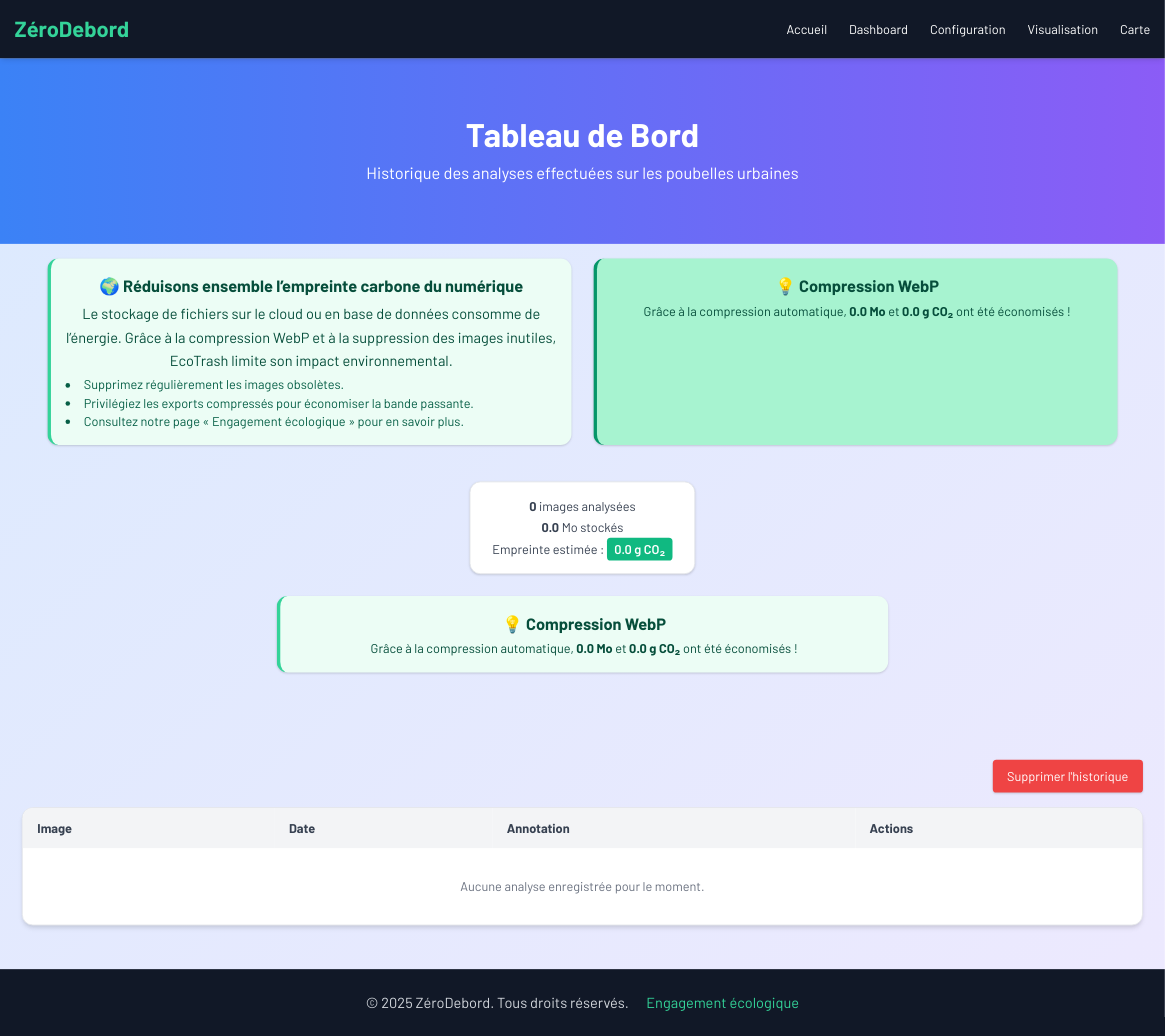
Repository: BaptGBM/MASTERCAMP
Page: http://localhost/dashboard
These files come from the project's save history. The page is drawn as it stood at one moment and after the next save; the edit follows.
The browser window is 1280 px wide. The pictures show the whole page, at 91% of full size.
The page is served by the project's application, run on Flask 3 (app.py). Other server files are loaded and not shown. Queries for data that is not in the repository find no rows.

Above is the page before, as saved 2025-07-08 23:37:05.

### templates/dashboard.html
<!DOCTYPE html>
<html lang="fr">
<head>
  <meta charset="UTF-8" />
  <meta name="viewport" content="width=device-width, initial-scale=1.0" />
  <title>ZéroDebord - Dashboard</title>
  <link href="https://fonts.googleapis.com/css2?family=Barlow:wght@300;400;500;600;700&display=swap" rel="stylesheet">
  <link href="https://cdn.jsdelivr.net/npm/tailwindcss@2.2.19/dist/tailwind.min.css" rel="stylesheet">
  <link rel="stylesheet" href="{{ url_for('static', filename='style.css') }}">
  <style>
    body {
      font-family: 'Barlow', -apple-system, BlinkMacSystemFont, 'Segoe UI', Roboto, sans-serif;
    }
  </style>
</head>
<body class="bg-gradient-to-br from-blue-100 to-purple-100 min-h-screen flex flex-col">

  <!-- HEADER -->
  <header class="bg-gray-900 text-white py-4 shadow-md sticky top-0 z-50">
    <div class="container mx-auto px-4 flex justify-between items-center">
      <a href="{{ url_for('index') }}" class="text-2xl font-bold text-green-400 hover:text-green-300 transition-colors duration-200 no-underline">ZéroDebord</a>
      <nav>
        <ul class="flex gap-6 text-sm">
          <li><a href="{{ url_for('index') }}"  class="hover:underline">Accueil</a></li>
          <a href="{{ url_for('dashboard') }}" class="hover:underline">Dashboard</a>
          <li><a href="{{ url_for('config') }}" class="hover:underline">Configuration</a></li>
          <li><a href="{{ url_for('visualisation') }}" class="hover:underline">Visualisation</a></li>
          <li><a href="{{ url_for('map_view') }}" class="hover:underline">Carte</a></li>


        </ul>
      </nav>
    </div>
  </header>

  <!-- TITRE -->
  <section class="py-16 text-center bg-gradient-to-r from-blue-500 to-purple-500 text-white">
    <h2 class="text-4xl font-bold mb-2">Tableau de Bord</h2>
    <p class="text-lg">Historique des analyses effectuées sur les poubelles urbaines</p>
  </section>

  <section class="py-4 text-center">
    <div class="flex flex-col md:flex-row justify-center gap-6">
      <div class="flex-1 max-w-xl bg-green-50 border-l-4 border-green-400 text-green-900 p-4 rounded-xl shadow mb-6 md:mb-0">
        <h3 class="font-bold text-lg mb-1">🌍 Réduisons ensemble l’empreinte carbone du numérique</h3>
        <p class="mb-1">Le stockage de fichiers sur le cloud ou en base de données consomme de l’énergie. Grâce à la compression WebP et à la suppression des images inutiles, EcoTrash limite son impact environnemental.</p>
        <ul class="list-disc list-inside text-left text-green-800 text-sm">
          <li>Supprimez régulièrement les images obsolètes.</li>
          <li>Privilégiez les exports compressés pour économiser la bande passante.</li>
          <li>Consultez notre page « Engagement écologique » pour en savoir plus.</li>
        </ul>
      </div>
      <div class="flex-1 max-w-xl bg-green-200 border-l-4 border-green-600 text-green-900 p-4 rounded-xl shadow mb-6 md:mb-0">
        <h3 class="font-bold text-lg mb-1">💡 Compression WebP</h3>
        <p class="text-sm">Grâce à la compression automatique, <span class="font-bold">{{ gain_mb }} Mo</span> et <span class="font-bold">{{ gain_co2 }} g CO₂</span> ont été économisés&nbsp;!</p>
      </div>
    </div>
  </section>

<!-- INDICATEUR GREEN IT -->
<section class="text-center my-6">
  <div class="inline-block bg-white rounded-xl shadow px-6 py-4 text-sm text-gray-700 space-y-1 border">
    <p><strong>{{ nb_images }}</strong> images analysées</p>
    <p><strong>{{ volume_mb }}</strong> Mo stockés</p>
    <p>
      Empreinte estimée :
      <span class="font-semibold px-2 py-1 rounded text-white
        {% if co2 < 20 %} bg-green-500
        {% elif co2 < 50 %} bg-yellow-500
        {% else %} bg-red-500
        {% endif %}">
        {{ co2 }} g CO₂
      </span>
    </p>
  </div>
  <div class="max-w-2xl mx-auto bg-green-50 border-l-4 border-green-400 text-green-900 p-4 rounded-xl shadow mb-6 mt-6">
    <h3 class="font-bold text-lg mb-1">💡 Compression WebP</h3>
    <p class="text-sm">Grâce à la compression automatique, <span class="font-bold">{{ gain_mb }} Mo</span> et <span class="font-bold">{{ gain_co2 }} g CO₂</span> ont été économisés&nbsp;!</p>
  </div>
</section>



  <!-- TABLEAU -->
  <main class="container mx-auto px-6 py-12 flex-grow">
    <div class="flex justify-end mb-4">
      <form method="POST" action="{{ url_for('clear_history') }}">
        <button type="submit" class="bg-red-500 hover:bg-red-600 text-white px-4 py-2 text-sm rounded shadow">
           Supprimer l'historique
        </button>
      </form>
    </div>
    <div class="overflow-x-auto bg-white rounded-xl shadow-md border">
      <table class="min-w-full table-auto text-sm text-left">
        <thead class="bg-gray-100 text-gray-700 font-semibold">
          <tr>
            <th class="px-4 py-3">Image</th>
            <th class="px-4 py-3">Date</th>
            <th class="px-4 py-3">Annotation</th>
            <th class="px-4 py-3">Actions</th>
          </tr>
        </thead>
        <tbody class="text-gray-600">
          {% if images.items %}
            {% for image in images.items %}
              <tr class="border-t hover:bg-gray-50">
                <td class="px-4 py-2">
                  <img src="{{ url_for('static', filename='uploads/' + image.filename) }}" alt="img" class="w-16 h-16 object-contain rounded shadow" loading="lazy">
                </td>
                <td class="px-4 py-2">{{ image.date_uploaded.strftime('%d/%m/%Y %H:%M') }}</td>
                <td class="px-4 py-2">
                  <span class="px-2 py-1 rounded text-white {% if image.annotation == 'pleine' %} bg-red-500 {% else %} bg-green-500 {% endif %}">
                    {{ image.annotation | capitalize }}
                  </span>
                </td>
                <td class="px-4 py-2 space-x-2">
                  <a href="{{ url_for('annotate', image_id=image.id, label='pleine') }}" class="text-sm bg-red-100 text-red-600 px-2 py-1 rounded">Pleine</a>
                  <a href="{{ url_for('annotate', image_id=image.id, label='vide') }}" class="text-sm bg-green-100 text-green-600 px-2 py-1 rounded">Vide</a>
                </td>
              </tr>
            {% endfor %}
          {% else %}
            <tr>
              <td colspan="4" class="text-center text-gray-500 px-4 py-8">
                Aucune analyse enregistrée pour le moment.
              </td>
            </tr>
          {% endif %}
        </tbody>
      </table>
    </div>
    {% if images.pages > 1 %}
    <div class="flex justify-center mt-6 gap-1 flex-wrap">
      {% set page_range = [] %}
      {% if images.pages <= 7 %}
        {% set page_range = range(1, images.pages+1) %}
      {% else %}
        {% set page_range = [1, 2] %}
        {% if images.page > 4 %}
          {% set _ = page_range.append('...') %}
        {% endif %}
        {% for p in range(images.page-1, images.page+2) %}
          {% if 2 < p < images.pages-1 %}
            {% set _ = page_range.append(p) %}
          {% endif %}
        {% endfor %}
        {% if images.page < images.pages-3 %}
          {% set _ = page_range.append('...') %}
        {% endif %}
        {% set _ = page_range.extend([images.pages-1, images.pages]) %}
      {% endif %}
      {% if images.has_prev %}
        <a href="{{ url_for('dashboard', page=images.prev_num) }}" class="px-3 py-1 rounded-full bg-gray-200 hover:bg-blue-200 focus:ring-2 focus:ring-blue-400 transition">&laquo;</a>
      {% endif %}
      {% for p in page_range %}
        {% if p == '...' %}
          <span class="px-3 py-1 text-gray-400">...</span>
        {% else %}
          <a href="{{ url_for('dashboard', page=p) }}" class="px-3 py-1 rounded-full mx-0.5 {{ 'bg-blue-600 text-white font-bold shadow' if p==images.page else 'bg-gray-100 hover:bg-blue-100 text-gray-700' }} focus:ring-2 focus:ring-blue-400 transition">{{ p }}</a>
        {% endif %}
      {% endfor %}
      {% if images.has_next %}
        <a href="{{ url_for('dashboard', page=images.next_num) }}" class="px-3 py-1 rounded-full bg-gray-200 hover:bg-blue-200 focus:ring-2 focus:ring-blue-400 transition">&raquo;</a>
      {% endif %}
    </div>
    {% endif %}
  </main>

  <!-- FOOTER -->
  <footer class="bg-gray-900 text-gray-300 py-6 text-center">
    <p>&copy; 2025 ZéroDebord. Tous droits réservés.
      <a href="{{ url_for('engagement') }}" class="text-green-400 hover:underline ml-4">Engagement écologique</a>
    </p>
  </footer>
</body>
</html>

### static/style.css
/* Police Apple - SF Pro Display pour un design Apple */

/* Variables CSS pour la palette écologique moderne */
:root {
  /* Couleurs principales - palette écologique */
  --primary-green: #059669;      /* Vert émeraude principal */
  --primary-green-light: #10b981; /* Vert émeraude clair */
  --primary-green-dark: #047857;  /* Vert émeraude foncé */

  /* Couleurs secondaires - tons naturels */
  --secondary-blue: #0ea5e9;     /* Bleu ciel */
  --secondary-blue-light: #38bdf8; /* Bleu ciel clair */
  --secondary-blue-dark: #0284c7;  /* Bleu ciel foncé */

  /* Couleurs d'accent - terre et nature */
  --accent-orange: #f59e0b;      /* Orange terre */
  --accent-brown: #92400e;       /* Brun terre */
  --accent-sage: #6b7280;        /* Gris sauge */

  /* Couleurs de statut */
  --success-green: #22c55e;      /* Vert succès */
  --warning-amber: #f59e0b;      /* Ambre avertissement */
  --error-red: #ef4444;          /* Rouge erreur */

  /* Couleurs neutres modernes */
  --neutral-50: #fafaf9;
  --neutral-100: #f5f5f4;
  --neutral-200: #e7e5e4;
  --neutral-300: #d6d3d1;
  --neutral-400: #a8a29e;
  --neutral-500: #78716c;
  --neutral-600: #57534e;
  --neutral-700: #44403c;
  --neutral-800: #292524;
  --neutral-900: #1c1917;

  /* Gradients écologiques */
  --gradient-primary: linear-gradient(135deg, var(--primary-green) 0%, var(--secondary-blue) 100%);
  --gradient-secondary: linear-gradient(135deg, var(--neutral-50) 0%, var(--neutral-100) 100%);
  --gradient-hero: linear-gradient(135deg, var(--primary-green) 0%, var(--secondary-blue) 50%, var(--accent-orange) 100%);

  /* Ombres modernes */
  --shadow-sm: 0 1px 2px 0 rgba(0, 0, 0, 0.05);
  --shadow-md: 0 4px 6px -1px rgba(0, 0, 0, 0.1), 0 2px 4px -1px rgba(0, 0, 0, 0.06);
  --shadow-lg: 0 10px 15px -3px rgba(0, 0, 0, 0.1), 0 4px 6px -2px rgba(0, 0, 0, 0.05);
  --shadow-xl: 0 20px 25px -5px rgba(0, 0, 0, 0.1), 0 10px 10px -5px rgba(0, 0, 0, 0.04);

  /* Rayons de bordure */
  --radius-sm: 0.375rem;
  --radius-md: 0.5rem;
  --radius-lg: 0.75rem;
  --radius-xl: 1rem;
  --radius-2xl: 1.5rem;
}

/* Application de la police Barlow */
@import url('https://fonts.googleapis.com/css2?family=Barlow:wght@300;400;500;600;700&display=swap');

* {
  font-family: 'Barlow', -apple-system, BlinkMacSystemFont, 'Segoe UI', Roboto, sans-serif !important;
  font-feature-settings: 'kern' 1, 'liga' 1;
  text-rendering: optimizeLegibility;
  -webkit-font-smoothing: antialiased;
  -moz-osx-font-smoothing: grayscale;
}

/* Force Barlow sur tous les éléments */
body, html, h1, h2, h3, h4, h5, h6, p, span, div, a, button, input, select, textarea, label, th, td, li, ul, ol {
  font-family: 'Barlow', -apple-system, BlinkMacSystemFont, 'Segoe UI', Roboto, sans-serif !important;
}

/* Surcharge spécifique pour Tailwind CSS */
.text-xs, .text-sm, .text-base, .text-lg, .text-xl, .text-2xl, .text-3xl, .text-4xl, .text-5xl, .text-6xl {
  font-family: 'Barlow', -apple-system, BlinkMacSystemFont, 'Segoe UI', Roboto, sans-serif !important;
}

.font-thin, .font-extralight, .font-light, .font-normal, .font-medium, .font-semibold, .font-bold, .font-extrabold, .font-black {
  font-family: 'Barlow', -apple-system, BlinkMacSystemFont, 'Segoe UI', Roboto, sans-serif !important;
}

/* Styles de base modernisés */
body {
  background: var(--gradient-secondary);
  color: var(--neutral-700);
  line-height: 1.6;
  font-weight: 400;
}

/* Header moderne */
.modern-header {
  background: var(--neutral-900);
  backdrop-filter: blur(10px);
  border-bottom: 1px solid var(--neutral-800);
}

.modern-header h1 {
  color: var(--primary-green-light);
  font-weight: 700;
  letter-spacing: -0.025em;
}

.modern-header nav a {
  color: var(--neutral-300);
  font-weight: 500;
  transition: all 0.2s ease;
}

.modern-header nav a:hover {
  color: var(--primary-green-light);
  text-decoration: none;
}

/* Section hero moderne */
.modern-hero {
  background: var(--gradient-hero);
  position: relative;
  overflow: hidden;
}

.modern-hero::before {
  content: '';
  position: absolute;
  top: 0;
  left: 0;
  right: 0;
  bottom: 0;
  background: url('data:[embedded picture, 296 characters]');
  opacity: 0.3;
}

.modern-hero h2 {
  font-weight: 800;
  letter-spacing: -0.025em;
  text-shadow: 0 2px 4px rgba(0, 0, 0, 0.1);
}

.modern-hero p {
  font-weight: 500;
  opacity: 0.9;
}

/* Cartes modernes */
.modern-card {
  background: white;
  border-radius: var(--radius-xl);
  box-shadow: var(--shadow-lg);
  border: 1px solid var(--neutral-200);
  transition: all 0.3s ease;
}

.modern-card:hover {
  box-shadow: var(--shadow-xl);
  transform: translateY(-2px);
}

/* Boutons modernes */
.modern-btn {
  font-weight: 600;
  border-radius: var(--radius-lg);
  transition: all 0.2s ease;
  border: none;
  cursor: pointer;
  display: inline-flex;
  align-items: center;
  gap: 0.5rem;
}

.modern-btn-primary {
  background: var(--primary-green);
  color: white;
  box-shadow: var(--shadow-md);
}

.modern-btn-primary:hover {
  background: var(--primary-green-dark);
  box-shadow: var(--shadow-lg);
  transform: translateY(-1px);
}

.modern-btn-secondary {
  background: var(--secondary-blue);
  color: white;
  box-shadow: var(--shadow-md);
}

.modern-btn-secondary:hover {
  background: var(--secondary-blue-dark);
  box-shadow: var(--shadow-lg);
  transform: translateY(-1px);
}

.modern-btn-success {
  background: var(--success-green);
  color: white;
}

.modern-btn-success:hover {
  background: #16a34a;
}

.modern-btn-warning {
  background: var(--warning-amber);
  color: white;
}

.modern-btn-warning:hover {
  background: #d97706;
}

.modern-btn-error {
  background: var(--error-red);
  color: white;
}

.modern-btn-error:hover {
  background: #dc2626;
}

/* Badges de statut modernes */
.modern-badge {
  font-weight: 600;
  font-size: 0.875rem;
  padding: 0.375rem 0.75rem;
  border-radius: var(--radius-md);
  display: inline-flex;
  align-items: center;
  gap: 0.25rem;
}

.modern-badge-full {
  background: #fef2f2;
  color: var(--error-red);
  border: 1px solid #fecaca;
}

.modern-badge-empty {
  background: #f0fdf4;
  color: var(--success-green);
  border: 1px solid #bbf7d0;
}

/* Formulaires modernes */
.modern-input {
  border: 2px solid var(--neutral-200);
  border-radius: var(--radius-lg);
  padding: 0.75rem 1rem;
  font-weight: 500;
  transition: all 0.2s ease;
  background: white;
}

.modern-input:focus {
  outline: none;
  border-color: var(--primary-green);
  box-shadow: 0 0 0 3px rgba(5, 150, 105, 0.1);
}

.modern-select {
  border: 2px solid var(--neutral-200);
  border-radius: var(--radius-lg);
  padding: 0.75rem 1rem;
  font-weight: 500;
  background: white;
  cursor: pointer;
}

.modern-select:focus {
  outline: none;
  border-color: var(--primary-green);
  box-shadow: 0 0 0 3px rgba(5, 150, 105, 0.1);
}

/* Tableaux modernes */
.modern-table {
  background: white;
  border-radius: var(--radius-xl);
  overflow: hidden;
  box-shadow: var(--shadow-lg);
  border: 1px solid var(--neutral-200);
}

.modern-table thead {
  background: var(--neutral-50);
}

.modern-table th {
  font-weight: 600;
  color: var(--neutral-700);
  padding: 1rem;
  text-align: left;
}

.modern-table td {
  padding: 1rem;
  border-top: 1px solid var(--neutral-200);
}

.modern-table tbody tr:hover {
  background: var(--neutral-50);
}

/* Footer moderne */
.modern-footer {
  background: var(--neutral-900);
  color: var(--neutral-400);
  font-weight: 500;
}

/* Animations et transitions */
.fade-in {
  animation: fadeIn 0.6s ease-out;
}

@keyframes fadeIn {
  from {
    opacity: 0;
    transform: translateY(20px);
  }
  to {
    opacity: 1;
    transform: translateY(0);
  }
}

.slide-up {
  animation: slideUp 0.6s ease-out;
}

@keyframes slideUp {
  from {
    opacity: 0;
    transform: translateY(30px);
  }
  to {
    opacity: 1;
    transform: translateY(0);
  }
}

/* Indicateurs écologiques */
.eco-indicator {
  background: var(--gradient-primary);
  color: white;
  border-radius: var(--radius-xl);
  padding: 1.5rem;
  text-align: center;
  box-shadow: var(--shadow-lg);
}

.eco-indicator h3 {
  font-weight: 700;
  margin-bottom: 0.5rem;
}

.eco-indicator p {
  font-weight: 500;
  opacity: 0.9;
}

/* Responsive design amélioré */
@media (max-width: 768px) {
  .modern-hero h2 {
    font-size: 2rem;
  }

  .modern-card {
    margin: 1rem;
  }

  .modern-header nav {
    flex-direction: column;
    gap: 0.5rem;
  }
}

/* Accessibilité améliorée */
@media (prefers-reduced-motion: reduce) {
  * {
    animation-duration: 0.01ms !important;
    animation-iteration-count: 1 !important;
    transition-duration: 0.01ms !important;
  }
}

/* Mode sombre (optionnel) */
@media (prefers-color-scheme: dark) {
  :root {
    --neutral-50: #1c1917;
    --neutral-100: #292524;
    --neutral-200: #44403c;
  }
}

Loaded but not shown: app.py (586 lines, source omitted)

After the next save:
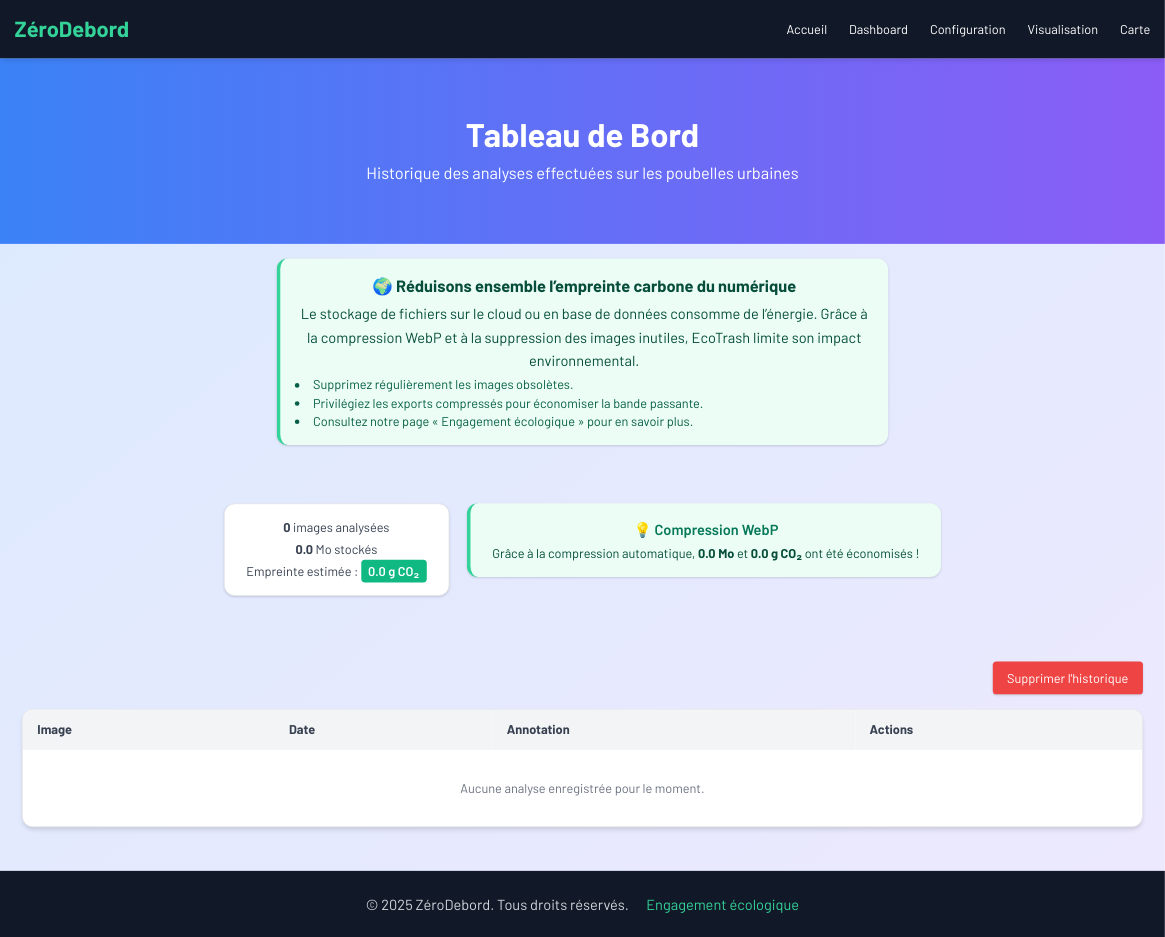
Saved 33 s later.
--- a/templates/dashboard.html
+++ b/templates/dashboard.html
@@ -40,20 +40,14 @@
   </section>
 
   <section class="py-4 text-center">
-    <div class="flex flex-col md:flex-row justify-center gap-6">
-      <div class="flex-1 max-w-xl bg-green-50 border-l-4 border-green-400 text-green-900 p-4 rounded-xl shadow mb-6 md:mb-0">
-        <h3 class="font-bold text-lg mb-1">🌍 Réduisons ensemble l’empreinte carbone du numérique</h3>
-        <p class="mb-1">Le stockage de fichiers sur le cloud ou en base de données consomme de l’énergie. Grâce à la compression WebP et à la suppression des images inutiles, EcoTrash limite son impact environnemental.</p>
-        <ul class="list-disc list-inside text-left text-green-800 text-sm">
-          <li>Supprimez régulièrement les images obsolètes.</li>
-          <li>Privilégiez les exports compressés pour économiser la bande passante.</li>
-          <li>Consultez notre page « Engagement écologique » pour en savoir plus.</li>
-        </ul>
-      </div>
-      <div class="flex-1 max-w-xl bg-green-200 border-l-4 border-green-600 text-green-900 p-4 rounded-xl shadow mb-6 md:mb-0">
-        <h3 class="font-bold text-lg mb-1">💡 Compression WebP</h3>
-        <p class="text-sm">Grâce à la compression automatique, <span class="font-bold">{{ gain_mb }} Mo</span> et <span class="font-bold">{{ gain_co2 }} g CO₂</span> ont été économisés&nbsp;!</p>
-      </div>
+    <div class="max-w-2xl mx-auto bg-green-50 border-l-4 border-green-400 text-green-900 p-4 rounded-xl shadow mb-6">
+      <h3 class="font-bold text-lg mb-1">🌍 Réduisons ensemble l’empreinte carbone du numérique</h3>
+      <p class="mb-1">Le stockage de fichiers sur le cloud ou en base de données consomme de l’énergie. Grâce à la compression WebP et à la suppression des images inutiles, EcoTrash limite son impact environnemental.</p>
+      <ul class="list-disc list-inside text-left text-green-800 text-sm">
+        <li>Supprimez régulièrement les images obsolètes.</li>
+        <li>Privilégiez les exports compressés pour économiser la bande passante.</li>
+        <li>Consultez notre page « Engagement écologique » pour en savoir plus.</li>
+      </ul>
     </div>
   </section>
 
@@ -73,8 +67,8 @@
       </span>
     </p>
   </div>
-  <div class="max-w-2xl mx-auto bg-green-50 border-l-4 border-green-400 text-green-900 p-4 rounded-xl shadow mb-6 mt-6">
-    <h3 class="font-bold text-lg mb-1">💡 Compression WebP</h3>
+  <div class="inline-block bg-green-50 border-l-4 border-green-400 text-green-900 rounded-xl shadow px-6 py-4 ml-4 align-top">
+    <p class="font-semibold text-green-700 mb-1">💡 Compression WebP</p>
     <p class="text-sm">Grâce à la compression automatique, <span class="font-bold">{{ gain_mb }} Mo</span> et <span class="font-bold">{{ gain_co2 }} g CO₂</span> ont été économisés&nbsp;!</p>
   </div>
 </section>
